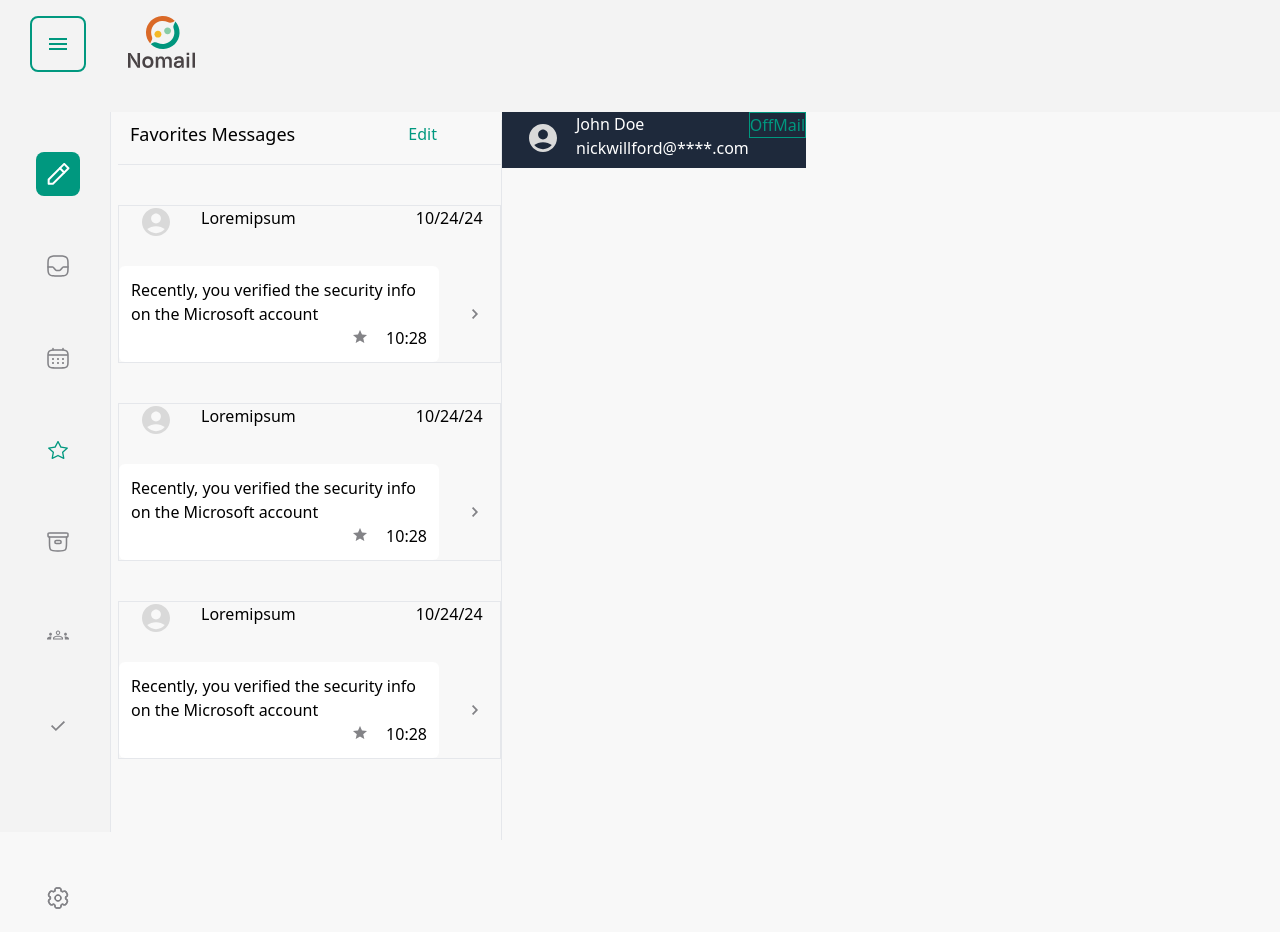
Repository: Tofigkh1/Nomail-Project
Page: /favorites (app in client/)
The author's editor kept a copy of each file at every save. The page is drawn from the files as they stood at one save, then again after the next save.
The browser window is 1280 px wide. The pictures show the whole page.
The project was rebuilt for these pictures with package versions that can differ from the ones it lists, and the page was loaded fresh each time. The framework's server and built-in components were replaced by stand-ins that run in the browser. Also part of the build but not shown: client/next.config.mjs, client/components/shared/svg/FavoritesSvg.jsx, client/components/shared/svg/calendarActiveSvg.jsx, client/components/shared/client/CheckBox/index.tsx.

Above is the page before, as saved 2024-11-22 03:05:35.

After the next save:
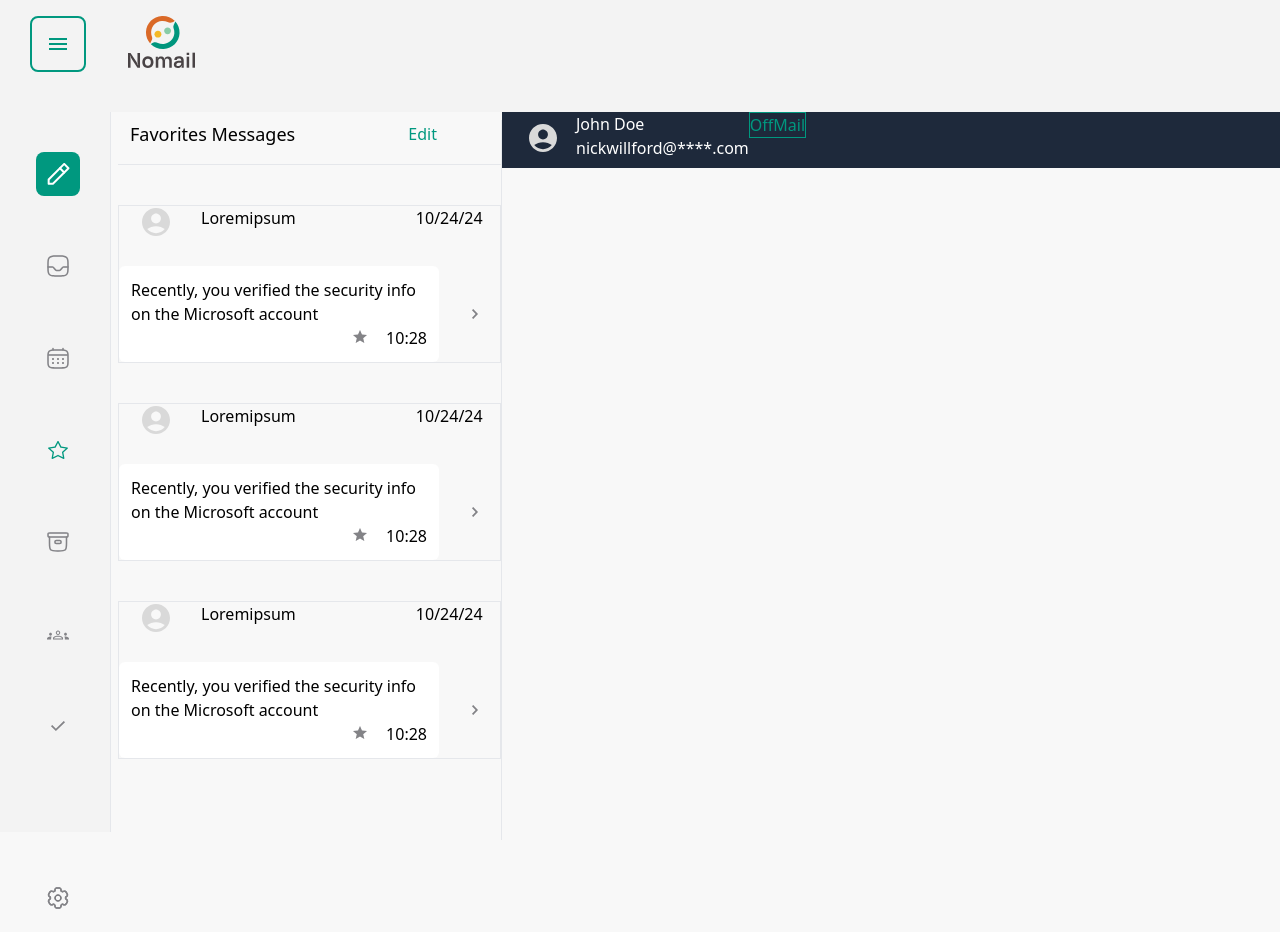
Saved 10 s later.
--- a/client/app/favorites/page.tsx
+++ b/client/app/favorites/page.tsx
@@ -108,7 +108,7 @@ export default function Home() {
 
 
                     {/* No message section */}
-                    <div className=" ">
+                    <div className=" w-full">
                         {/* <NomailPaleSvg />
                         <h1>No message selected</h1> */}
                         <MessagesView/>
